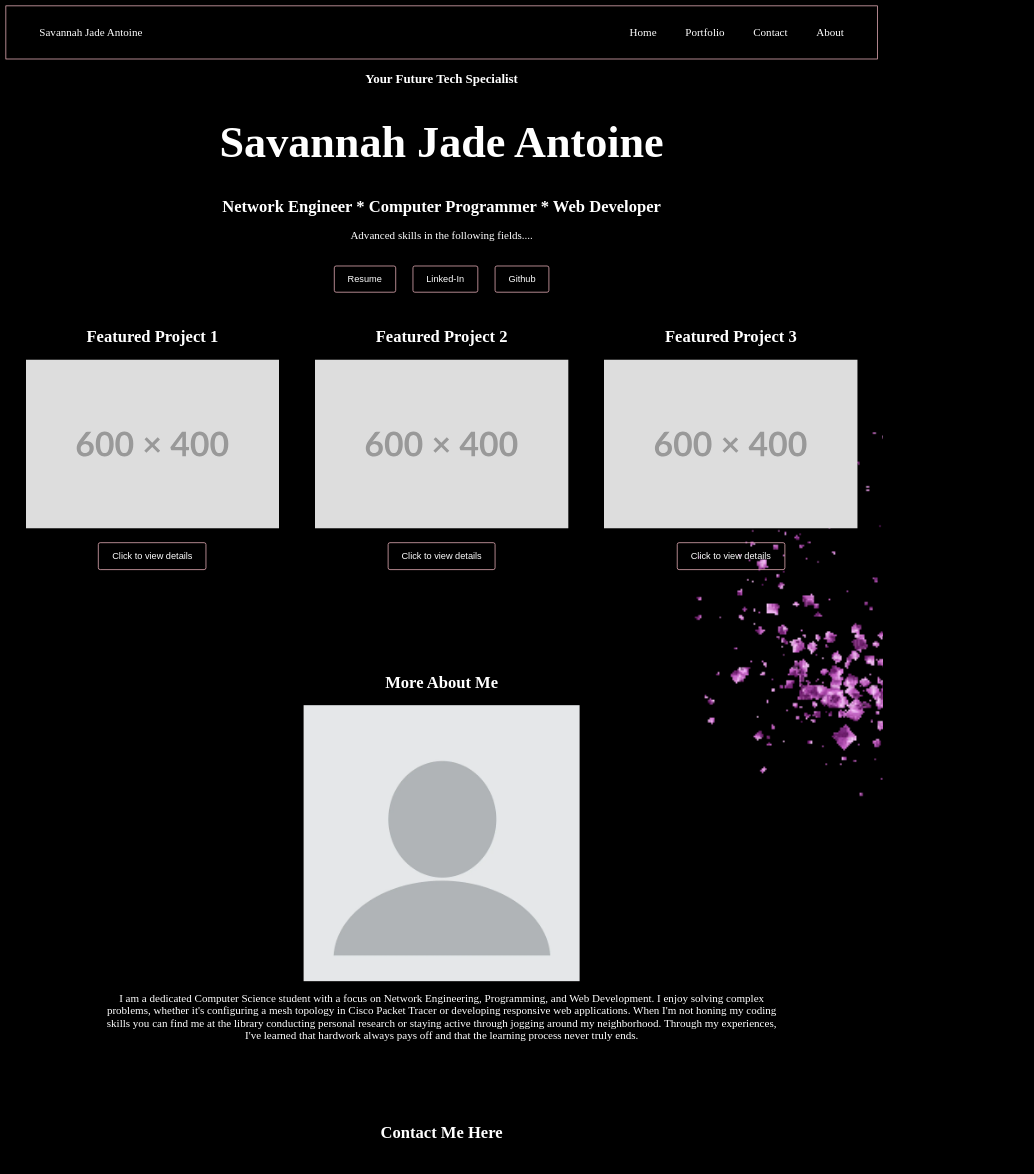
Repository: Savannah-Antoine/Savannah-Antoine
Page: index.html
These files come from the project's save history. The page is drawn as it stood at one moment and after the next save; the edit follows.
The browser window is 1280 px wide. The page is 1280 px wide, then 1498 px, so the pictures cover 1498 px, including what lies to the right of the window. The pictures show the whole page, at 69% of full size.

Above is the page before, as saved 2026-05-15 13:46:16.

### index.html
<!DOCTYPE html>
<html lang="en">
<head>
    <meta charset="UTF-8">
    <meta name="viewport" content="width=device-width, initial-scale=1.0">
    <link rel = "stylesheet" href = "./styles/index.css" />
    <link rel = "stylesheet" href = "./styles/globals.css" />
    <title>Savannah Jade Antoine Portfolio</title>
</head>
<body>
<header>
    <nav>
        <ul class = "homeButton">
           <li><a href = "index.html">Savannah Jade Antoine</a></li>
        </ul>
        <ul class = "navigation">
  <li><a href="index.html">Home</a></li>
  <li><a href="#PortfolioSection">Portfolio</a></li>
  <li><a href="#ContactMe">Contact</a></li>
  <li><a href="#AboutMe">About</a></li>
</ul>

</nav>
<h3>Your Future Tech Specialist</h3>
<h1> Savannah Jade Antoine</h1>
<h2>Network Engineer * Computer Programmer * Web Developer</h2>
<p> Advanced skills in the following fields....</p>
<div class = "infoButtons">
<a href = "Savannah Jade Resume (1).pdf"><button>Resume</button></a>
<a href = "www.linkedin.com/in/savannah-antoine-ab0756390"><button>Linked-In</button></a>
<button>Github</button>
</div>

</header>
<main class = "container">
<section id = "PortfolioSection" class = "project-card">

<h2>Featured Project 1</h2>
<img src = "./assets/images/placeholder1.svg" alt = "First Portfolio placeholder image" />
<p><a href = "./pages/project-name-1.html"><button>Click to view details</button></a>
</section>


<section class = "project-card">
<h2>Featured Project 2</h2>
<img src = "./assets/images/placeholder1.svg" alt = "Second Portfolio placeholder image" />
<p><a href = "./pages/project-name-2.html"><button>Click to view details</button></a>
</section>
<section class = "project-card">
<h2>Featured Project 3</h2>
<img src = "./assets/images/placeholder1.svg" alt = "Third Portfolio placeholder image" />
<p><a href = "./pages/project-name-3.html"><button>Click to view details</button></a>
</section>

<section id = "AboutMe">
<div  class = "aboutMe">
<h2>More About Me</h2>
<img src = "./assets/images/profilepic.png" alt = "profile picture" />
<p>I am a dedicated Computer Science student with a focus on Network Engineering, Programming, and Web Development.
I enjoy solving complex problems, whether it's configuring a mesh topology in Cisco Packet Tracer or developing responsive web applications.
When I'm not honing my coding skills you can find me at the library conducting personal research or staying active through jogging around my neighborhood.
Through my experiences, I've learned that hardwork always pays off and that the learning process never truly ends.
</P>
</div>
</section>

<section id = "ContactMe">
<h2>Contact Me Here</h2>

</section>



</main>

</body>
</html>

### styles/index.css
.container{
  display: flex;
    flex-direction: column;
    align-items: center;
    gap: 2rem;
    padding: 1.2rem;

}
#AboutMe{

}
.aboutMe{
display: flex;
    flex-direction: column;      /* Side-by-side */
    align-items: center;       /* Vertically centers image and text */
    justify-content: center;   /* Horizontally centers the whole group */
    padding: 50px 10%;         /* Breathing room on the sides */
    text-align: center;
}


.navigation {
    display: grid;
    grid-template-columns: repeat(2, 1fr);
    gap: 0.6rem;
    text-align: right;
}


body h1{
    font-size: 2.5rem;

}

img{
    width: 100%;
    max-width: 400px;
    height: auto;
}

@media screen and (min-width: 768px)
{
    #AboutMe{
    display: flex;
    flex-direction: row;      /* Side-by-side */
    align-items: center;       /* Vertically centers image and text */
    justify-content: center;   /* Horizontally centers the whole group */
    gap: 3rem;        /* Breathing room on the sides */
    text-align: left;
}
   body h1 {
        font-size: 4rem;
    }
    .container {
        flex-direction: row;
        flex-wrap: wrap;
        align-items: flex-start;
        justify-content: space-around;
    }
    .project-card {
        width: 30%;
        min-width: 250px;
        text-align: center;
    }

    .aboutMe{
        width: 100%;
        text-align: center;
        margin-top: 2rem;

    }
    .navigation{
        display:flex;
    }

}


@media screen and (min-width: 1000px)
{
    .container {
        margin: 0 auto;
    }
}

### styles/globals.css
body {
    background-color: black;
  background-image: url(/assets/images/background-pic.gif);
  background-repeat: no-repeat;
  background-size: cover;
  color: white;
  font-size: 1rem;
  text-align: center;
}



.homeButton{
  order: -1;
  list-style-type: none;
  margin: 0;
  padding: 0;
  display: flex;
  justify-content: left;

}


nav {
    display: flex;
    justify-content: space-between;
    align-items: center;
    padding: 1rem 2rem;

    border: 0.1rem solid pink;
    cursor: pointer;


}



nav ul {
    display: flex;
    list-style: none;
    gap: 1rem;
    margin: 0;
    padding: 0;
}
button {
    padding: 0.7rem 1.2rem;
    background-color: transparent;
    color: white;
    border: 0.1rem solid pink;
    cursor: pointer;
    transition: all 0.3s ease;
    border-radius: 0.2rem;
    gap: 1rem;
}
button:hover {
    background-color: pink;
    color: rgb(31, 1, 31);
    transform: translateY(-3px);
    box-shadow: 0 0.3rem 1rem rgba(255, 255, 255, 0.3);
}

.infoButtons {
    display: flex;
    justify-content: center;
    gap: 1.5rem;
    margin-top: 1.4rem;
    min-width: 100px;
    padding: 0.7rem 0.9rem;
}

li a {
  display: block;
  color: white;
  padding: 0.8rem 1rem;
  text-decoration: none;
}

ul li a:hover {
 background-color: pink;
  color: rgb(31, 1, 31);
  box-shadow: 0 0.5rem 0.9rem rgba(255, 255, 255, 0.3)
}

h1{

  font-size: 4rem;
}

After the next save:
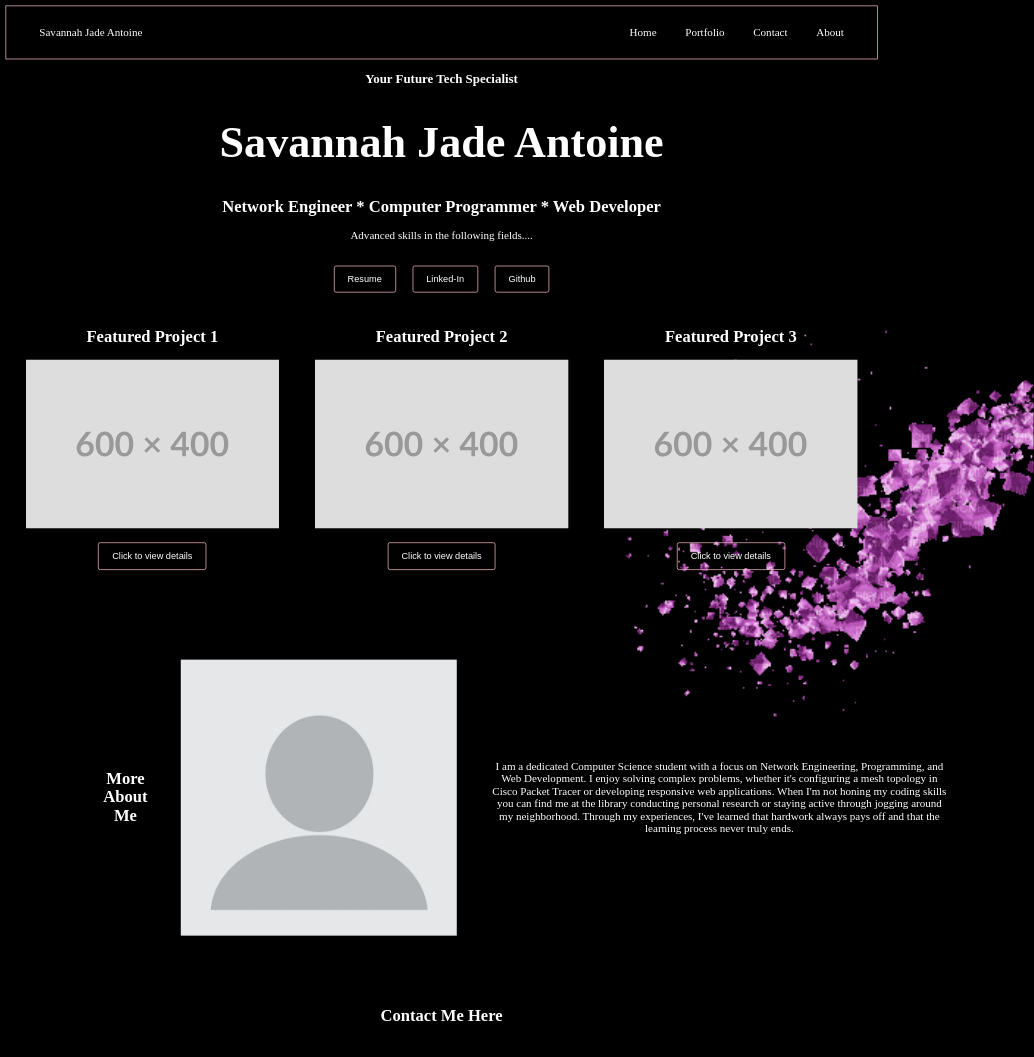
Saved 2 min 10 s later.
--- a/styles/index.css
+++ b/styles/index.css
@@ -10,7 +10,7 @@
 
 }
 .aboutMe{
-display: flex;
+    display: flex;
     flex-direction: column;      /* Side-by-side */
     align-items: center;       /* Vertically centers image and text */
     justify-content: center;   /* Horizontally centers the whole group */
@@ -40,7 +40,7 @@ img{
 
 @media screen and (min-width: 768px)
 {
-    #AboutMe{
+    .aboutMe{
     display: flex;
     flex-direction: row;      /* Side-by-side */
     align-items: center;       /* Vertically centers image and text */
